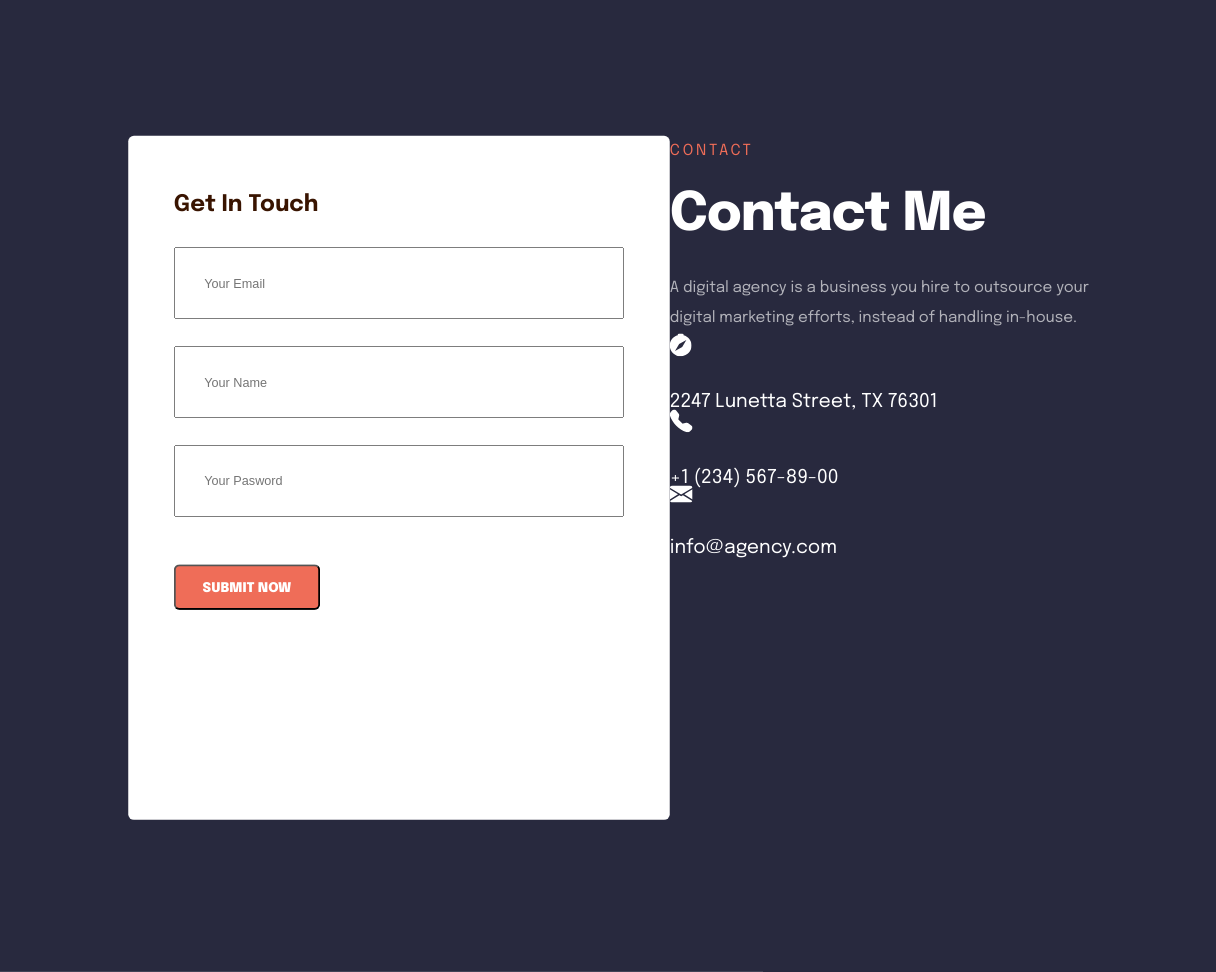
Repository: MehdiKerimov/Figma-Task-14
Page: index.html
The author's editor kept a copy of each file at every save. The page is drawn from the files as they stood at one save, then again after the next save.
The browser window is 1280 px wide. The pictures show the whole page, at 95% of full size.

Above is the page before, as saved 2023-10-07 15:24:39.

### index.html
<!DOCTYPE html>
<html lang="en">
  <head>
    <meta charset="UTF-8" />
    <meta name="viewport" content="width=device-width, initial-scale=1.0" />
    <title>Document</title>
    <link rel="stylesheet" href="index.css" />
  </head>
  <body>
    <div class="container">
      <div class="box-container">
        <h1>Get In Touch</h1>
        <form action="">
          <label for="">
            <input type="email" placeholder="Your Email" name="" id="" />
          </label>
          <label for="">
            <input type="text" placeholder="Your Name" />
          </label>
          <label for="">
            <input type="password" placeholder="Your Pasword" />
          </label>
        </form>
        <button><a href="#">Submit Now</a></button>
      </div>

      <div class="text-box">
        <h1>Contact</h1>
        <h2>Contact Me</h2>
        <p>
          A digital agency is a business you hire to outsource your digital
          marketing efforts, instead of handling in-house.
        </p>

        <div class="box">
          <div class="circle">
            <svg
              xmlns="http://www.w3.org/2000/svg"
              width="23"
              height="24"
              viewBox="0 0 23 24"
              fill="none"
            >
              <path
                fill-rule="evenodd"
                clip-rule="evenodd"
                d="M12.5128 23.9559C18.4476 23.4434 22.9991 18.5852 23 12.7619C22.9992 7.68681 19.5202 3.24133 14.5089 1.91219C14.6419 1.45966 14.5495 0.972375 14.2595 0.596433C13.9696 0.220491 13.5157 -0.000396111 13.034 0H9.9675C9.4858 -0.000396111 9.03192 0.220491 8.74193 0.596433C8.45195 0.972375 8.35958 1.45966 8.49253 1.91219C2.74205 3.43556 -0.865618 8.99957 0.179927 14.7325C1.22547 20.4654 6.57793 24.4683 12.5128 23.9559ZM17.4618 6.91176L17.465 6.90994L17.462 6.91144L17.4618 6.91176ZM17.4618 6.91176L9.87551 11.1479L5.53646 18.5674L13.126 14.3294L17.4618 6.91176Z"
                fill="white"
              />
            </svg>
            <p>2247 Lunetta Street, TX 76301</p>
          </div>

          <div class="circle">
            <svg
              xmlns="http://www.w3.org/2000/svg"
              width="24"
              height="24"
              viewBox="0 0 24 24"
              fill="none"
            >
              <path
                fill-rule="evenodd"
                clip-rule="evenodd"
                d="M2.82812 0.765296C3.35902 0.235151 4.09188 -0.0416708 4.84066 0.0050961C5.58945 0.051863 6.28217 0.417722 6.743 1.00981L9.43541 4.46897C9.92889 5.10349 10.1029 5.93003 9.9079 6.71007L9.08742 9.99522C9.00114 10.3413 9.10245 10.7073 9.35441 10.9598L13.0398 14.6454C13.2925 14.8979 13.6592 14.9993 14.0058 14.9124L17.2892 14.0919C18.0691 13.8969 18.8953 14.0711 19.5301 14.5644L22.989 17.2555C24.2324 18.2231 24.3464 20.0607 23.2335 21.1722L21.6825 22.7233C20.5726 23.8333 18.9136 24.3209 17.3672 23.7763C13.4091 22.3836 9.81531 20.1174 6.85249 17.146C3.88152 14.1834 1.61557 10.5899 0.222699 6.63206C-0.320284 5.08699 0.167201 3.42642 1.27717 2.31637L2.82812 0.765296Z"
                fill="white"
              />
            </svg>
            <p>+1 (234) 567-89-00</p>
          </div>
          <div class="circle">
            <svg
              xmlns="http://www.w3.org/2000/svg"
              width="24"
              height="18"
              viewBox="0 0 24 18"
              fill="none"
            >
              <path
                fill-rule="evenodd"
                clip-rule="evenodd"
                d="M3 0C1.60024 -9.42171e-05 0.386447 0.967828 0.075 2.3325L12 9.621L23.925 2.3325C23.6136 0.967828 22.3998 -9.42171e-05 21 0H3ZM0 14.7015V4.0455L8.7045 9.3645L0 14.7015ZM10.1415 10.245L0.2865 16.2855C0.78351 17.3335 1.84012 18.0011 3 18H21C22.1597 18.0003 23.2157 17.3321 23.712 16.284L13.857 10.2435L12 11.379L10.1415 10.2435V10.245ZM24 14.7015L15.2955 9.366V9.3645L24 4.0455V14.7015Z"
                fill="white"
              />
            </svg>
            <p>info@agency.com</p>
          </div>
        </div>
      </div>
    </div>
  </body>
</html>

### index.css
@import url("https://fonts.googleapis.com/css2?family=Epilogue:wght@400;700;800;900&display=swap");
* {
  padding: 0;
  margin: 0;
  box-sizing: border-box;
}
.container {
  background-color: #28293e;
  min-height: 100vh;
  padding: 143px 135px 160px 135px;
  display: flex;
  justify-content: space-between;
}
.container .box-container {
  padding: 57px 48px 48px 48px;
  width: 570px;
  border-radius: 6px;
  background: #fff;
}
.container .box-container h1 {
  color: var(--Text_Dark, #391400);
  font-feature-settings: "clig" off, "liga" off;
  font-family: Epilogue;
  font-size: 24px;
  font-style: normal;
  font-weight: 700;
  line-height: 32px;
}
form {
  display: flex;
  flex-direction: column;
  align-items: center;
}
input {
  padding-left: 30px;
  padding-right: 30px;
  margin-top: 28px;
  width: 474px;
  height: 76px;
}
.container .box-container button {
  margin-top: 50px;
  width: 154px;
  height: 48px;
  border-radius: 6px;
  background: #ef6d58;
}
.container .box-container button a {
  text-decoration: none;
  color: #fff;
  text-align: center;
  font-family: Epilogue;
  font-size: 14px;
  font-style: normal;
  font-weight: 900;
  line-height: normal;
  text-transform: uppercase;
}
.container .text-box {
  min-height: 100vh;
}
.container .text-box h1 {
  width: 86px;
  color: var(--Text_Light_Accent, #ef6d58);
  font-feature-settings: "clig" off, "liga" off;
  font-family: Epilogue;
  font-size: 16px;
  font-style: normal;
  font-weight: 400;
  line-height: 32px;
  letter-spacing: 3px;
  text-transform: uppercase;
}
.container .text-box h2 {
  margin-top: 20px;
  color: var(--Text_Light, #fff);
  font-feature-settings: "clig" off, "liga" off;
  font-family: Epilogue;
  font-size: 56px;
  font-style: normal;
  font-weight: 800;
  line-height: 64px;
  letter-spacing: -1px;
}
.container .text-box p {
  margin-top: 28px;
  width: 470px;
  color: var(--Text_Light_Gray, rgba(255, 255, 255, 0.64));
  font-feature-settings: "clig" off, "liga" off;
  font-family: Epilogue;
  font-size: 16px;
  font-style: normal;
  font-weight: 400;
  line-height: 32px;
}
.container .box p {
  color: var(--Text_Light, #fff);
  font-feature-settings: "clig" off, "liga" off;
  font-family: Epilogue;
  font-size: 20px;
  font-style: normal;
  font-weight: 400;
  line-height: 32px;
}
.container .circle {
  width: 80px;
  height: 80px;
  border-radius: 50%;
}
.container {
}

After the next save:
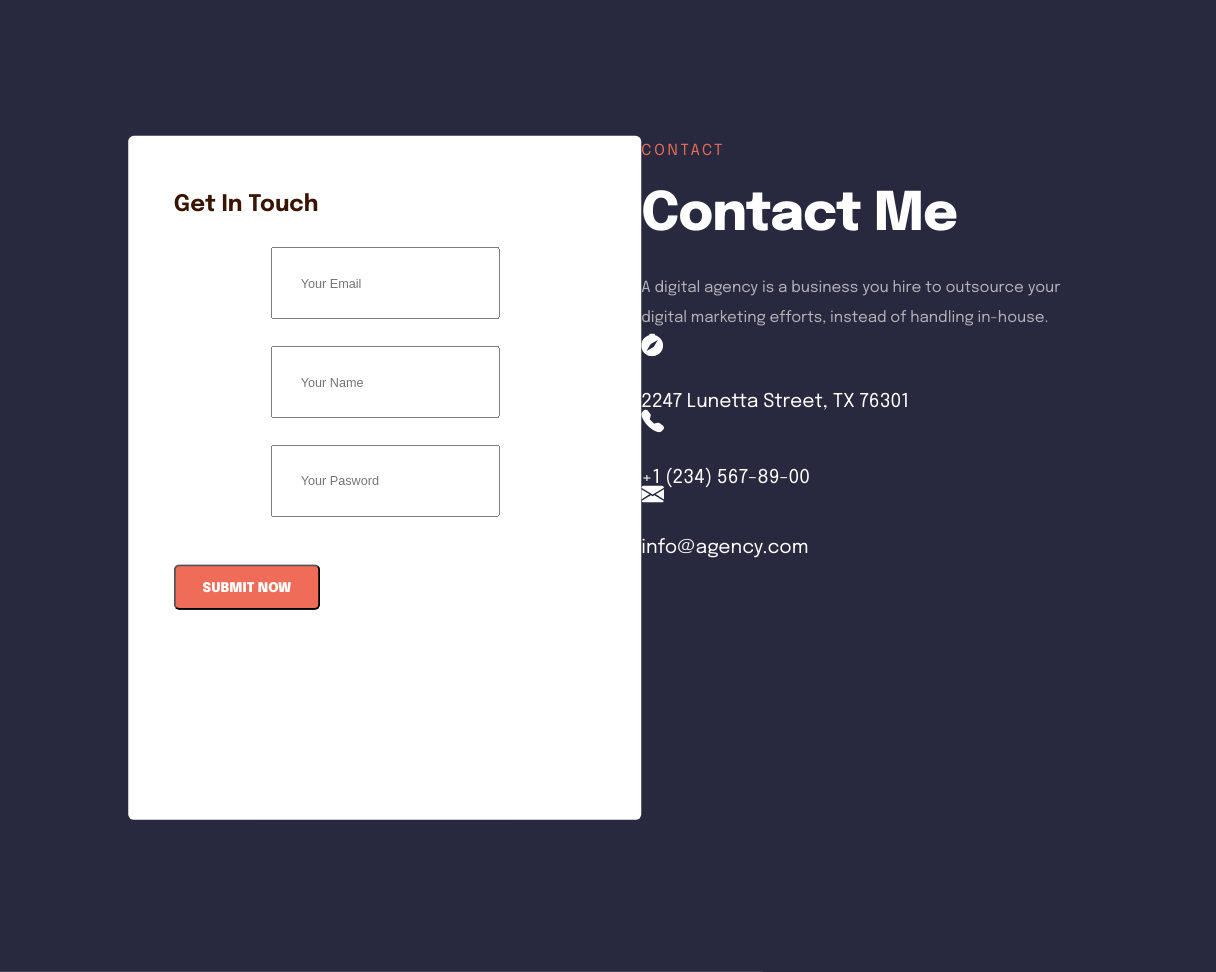
Saved 37 s later.
--- a/index.css
+++ b/index.css
@@ -35,7 +35,7 @@ input {
   padding-left: 30px;
   padding-right: 30px;
   margin-top: 28px;
-  width: 474px;
+  width: 100%;
   height: 76px;
 }
 .container .box-container button {
